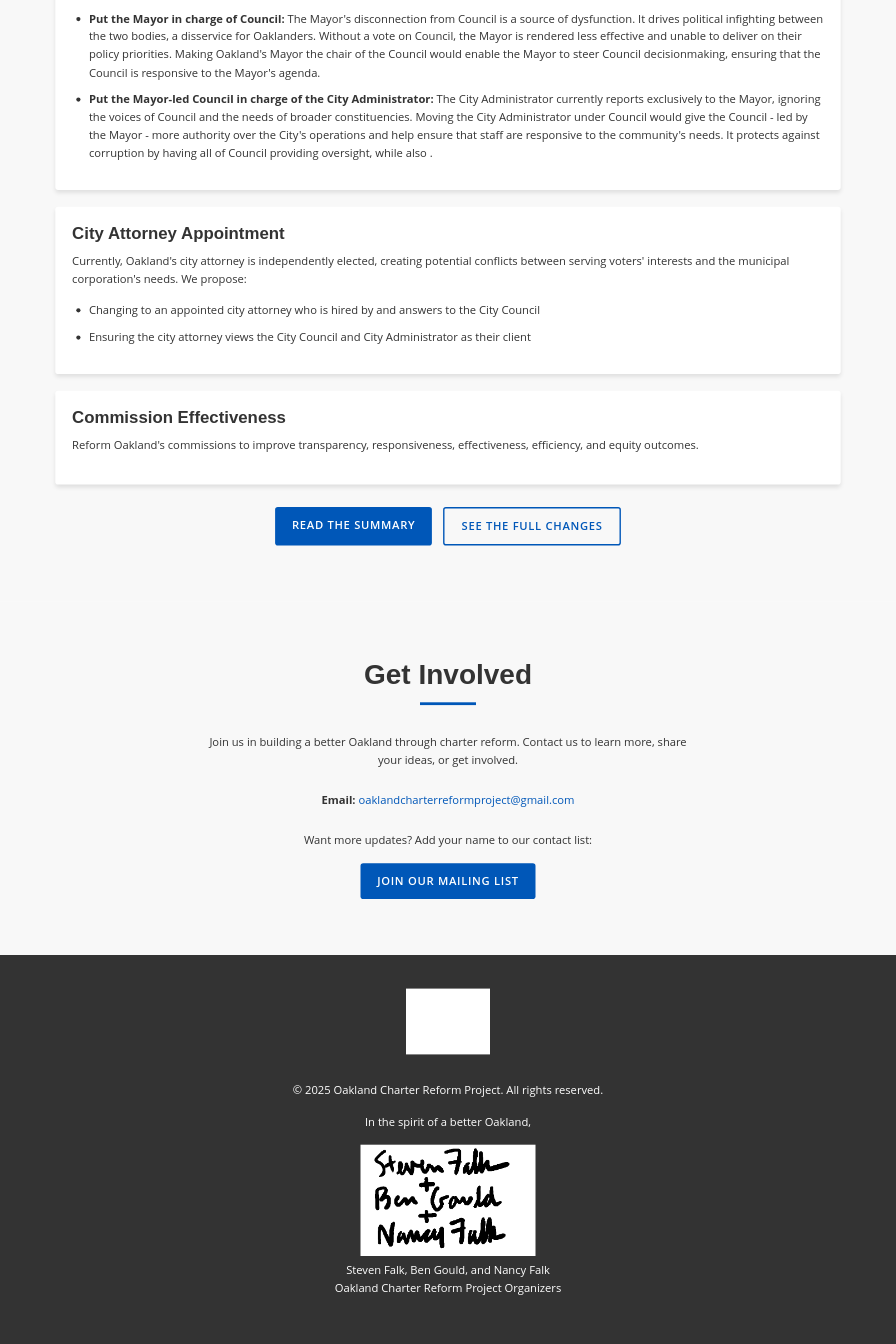
Repository: bgould132/oaklandcharterreform
Page: index.html
These files come from the project's save history. The page is drawn as it stood at one moment and after the next save; the edit follows.
The browser window is 1280 px wide. The pictures show the part of the page from y = 3606 to 5526 px (the page is 5526 px tall before and 5369 px after), at 70% of full size.

Above is the page before, as saved 2025-04-07 10:18:45.

After the next save:
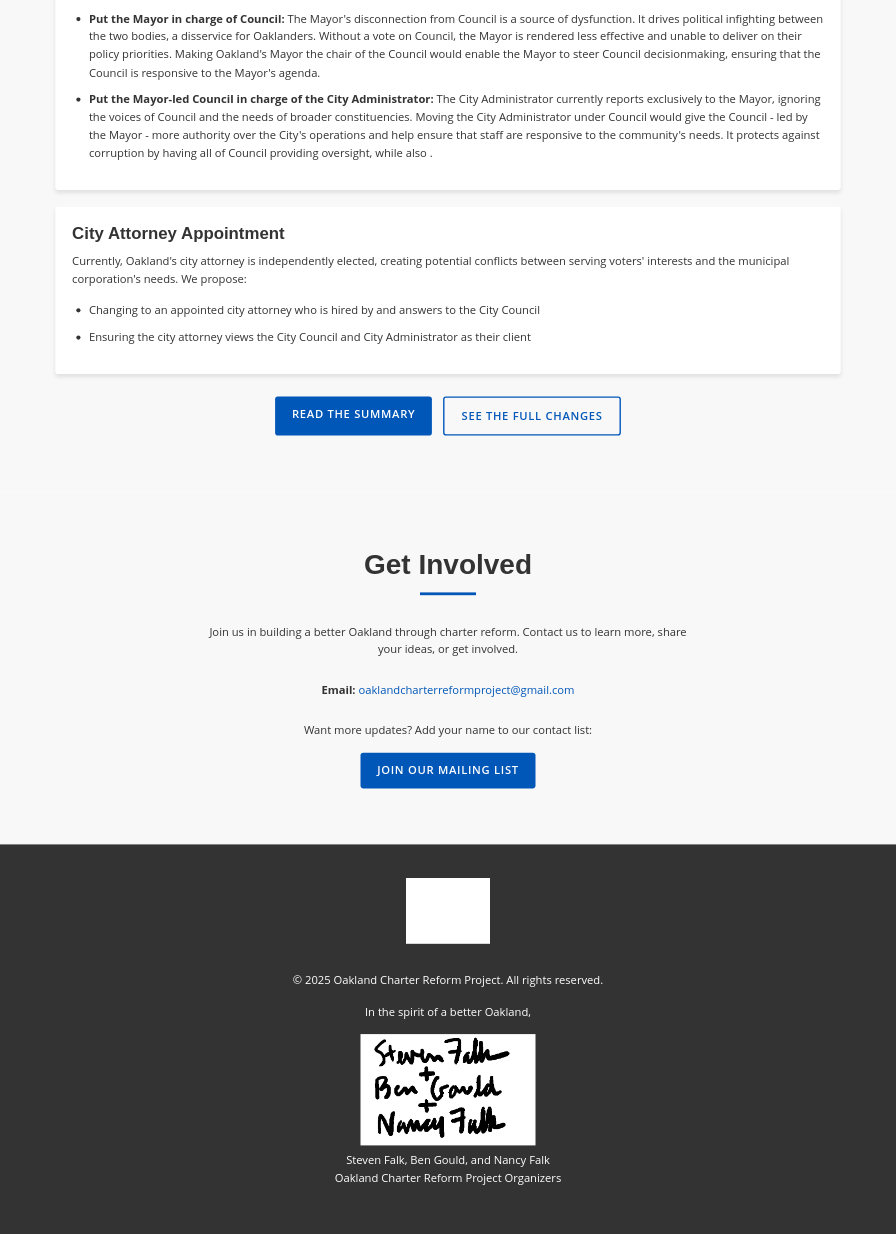
Saved 4 min 23 s later.
--- a/index.html
+++ b/index.html
@@ -199,11 +199,6 @@
                             </ul>
                         </div>
 
-                        <div class="amendment-card">
-                            <h3>Commission Effectiveness</h3>
-                            <p>Reform Oakland's commissions to improve transparency, responsiveness, effectiveness, efficiency, and equity outcomes.</p>
-                        </div>
-
                         <div class="buttons-container">
                             <a href="#" class="cta-button">Read the Summary</a>
                             <a href="#" class="outline-button">See the Full Changes</a>
